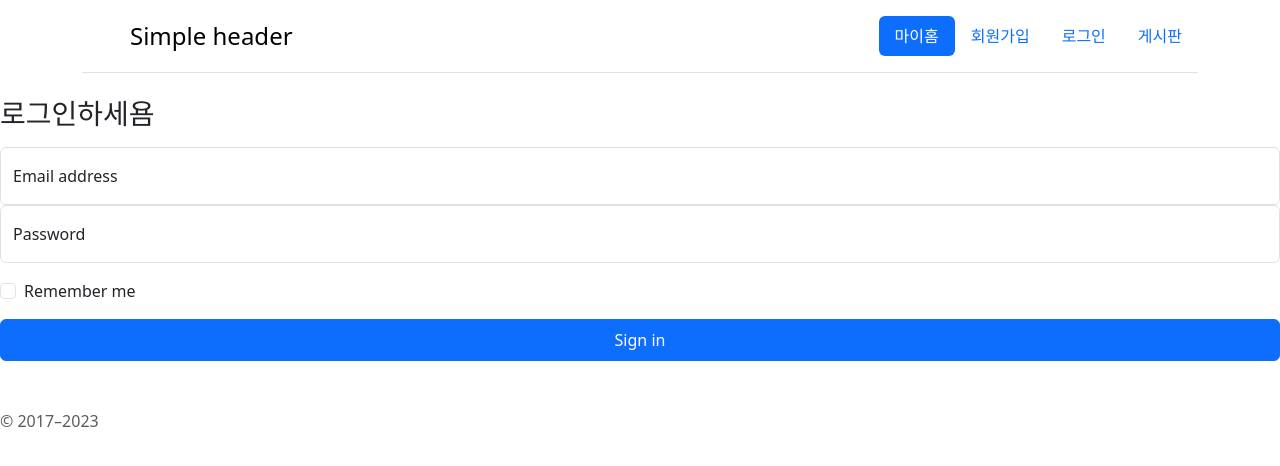
Repository: 2JISUN/hta-lecture-basic
Page: http://localhost/jsp04/member/login.jsp
An editor plug-in stored every save of this project. The page is shown before and after the next save, followed by the edit.
The browser window is 1280 px wide. The pictures show the whole page.
The page is served by Tomcat 10. Other server files are loaded and not shown.

Above is the page before, as saved 2023-09-19 01:34:44.

### jsp-lecture/jsp04/src/main/webapp/member/login.jsp
<%@ page language="java" contentType="text/html; charset=UTF-8"
    pageEncoding="UTF-8"%>
<%@ include file="../include/header.jsp" %>

<div class="form-signin w-100 m-auto">
  <form>

    <h1 class="h3 mb-3 fw-normal">로그인하세욤</h1>

    <div class="form-floating">
      <input type="email" name="userID" class="form-control" id="userID" placeholder="name@example.com">
      <label for="userID">Email address</label>
    </div>
    <div class="form-floating">
      <input type="password" name="userPW" class="form-control" id="userPW" placeholder="Password">
      <label for="userPW">Password</label>
    </div>

    <div class="form-check text-start my-3">
      <input class="form-check-input" type="checkbox" value="remember-me" id="flexCheckDefault">
      <label class="form-check-label" for="flexCheckDefault">
        Remember me
      </label>
    </div>
    <button class="btn btn-primary w-100 py-2" type="submit">Sign in</button>
    <p class="mt-5 mb-3 text-body-secondary">© 2017–2023</p>
  </form>
</div>

### jsp-lecture/jsp04/src/main/webapp/include/header.jsp
<%@ page language="java" contentType="text/html; charset=UTF-8"
    pageEncoding="UTF-8"%>

<%
	String loggedID = (String)session.getAttribute("loggedID");
	String loggedName = (String)session.getAttribute("loggedName");
%>

<!DOCTYPE html>
<html>
<head>
<meta charset="UTF-8">
<title>Insert title here</title>
<link rel="stylesheet" href="../css/bootstrap.min.css" />
<link rel="stylesheet" href="../css/form.css" />
<script src="../js/bootstrap.bundle.min.js"></script>
<script src="../js/jquery-3.7.1.min.js"></script>
<script
	src="//t1.daumcdn.net/mapjsapi/bundle/postcode/prod/postcode.v2.js">
</script>
</head>
<body>
<div class="container">
    <header class="d-flex flex-wrap justify-content-center py-3 mb-4 border-bottom">
      <a href="/" class="d-flex align-items-center mb-3 mb-md-0 me-md-auto link-body-emphasis text-decoration-none">
        <svg class="bi me-2" width="40" height="32"><use xlink:href="#bootstrap"></use></svg>
        <span class="fs-4">Simple header</span>
      </a>

      <% if(loggedName==null){ %>
			<!-- 회원가입 -->
	      <ul class="nav nav-pills">
	        <li class="nav-item"><a href="../index/index.jsp" class="nav-link active" aria-current="page">마이홈</a></li>
	        <li class="nav-item"><a href="../member/insert.jsp" class="nav-link">회원가입</a></li>
	        <li class="nav-item"><a href="../member/login.jsp" class="nav-link">로그인</a></li>
	        <li class="nav-item"><a href="../member/list.jsp" class="nav-link">게시판</a></li>
	      </ul>
      <% } else { %>
	      <!-- 로그아웃 -->
	      <ul class="nav nav-pills">
	        <li class="nav-item"><a href="../index/index.jsp" class="nav-link active" aria-current="page">마이홈</a></li>
	        <li class="nav-item"><a href="../member/logout.jsp" class="nav-link">로그아웃</a></li>
	        <li class="nav-item"><a href="../member/info.jsp" class="nav-link">이지선</a></li>
	        <li class="nav-item"><a href="../member/list.jsp" class="nav-link">게시판</a></li>
	      </ul>
      <% } %>
    </header>
  </div>
  <!-- header 끝 -->

  <main>

### jsp-lecture/jsp04/src/main/webapp/css/form.css
@charset "UTF-8";
.form-signin{
	max-width: 100%;
}

Loaded but not shown: jsp-lecture/jsp04/src/main/webapp/css/bootstrap.min.css (library); jsp-lecture/jsp04/src/main/webapp/js/bootstrap.bundle.min.js (library); jsp-lecture/jsp04/src/main/webapp/js/jquery-3.7.1.min.js (library)

After the next save:
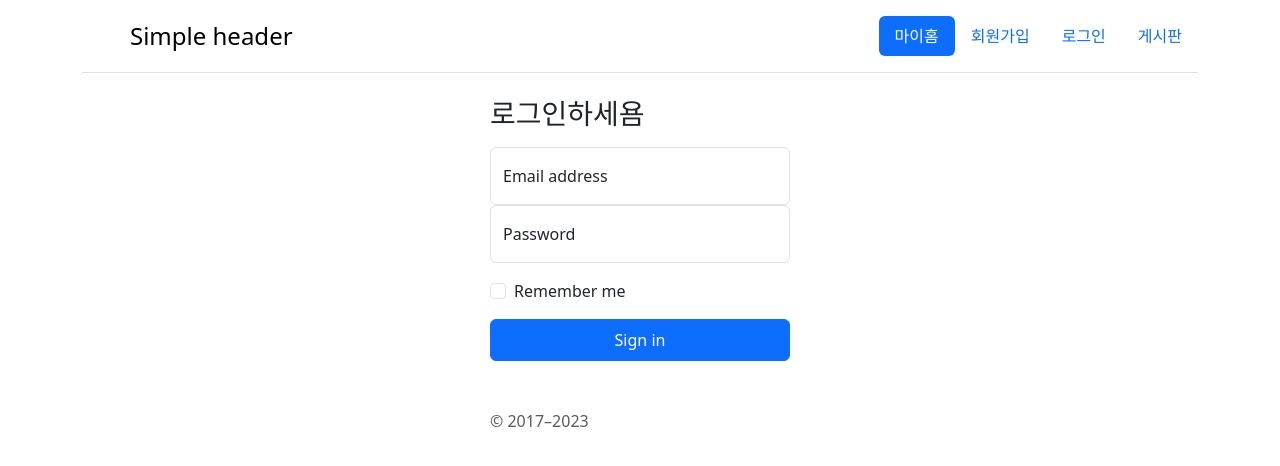
Saved 21 s later.
--- a/jsp-lecture/jsp04/src/main/webapp/css/form.css
+++ b/jsp-lecture/jsp04/src/main/webapp/css/form.css
@@ -1,4 +1,4 @@
 @charset "UTF-8";
 .form-signin{
-	max-width: 100%;
+	max-width: 300px;
 }
